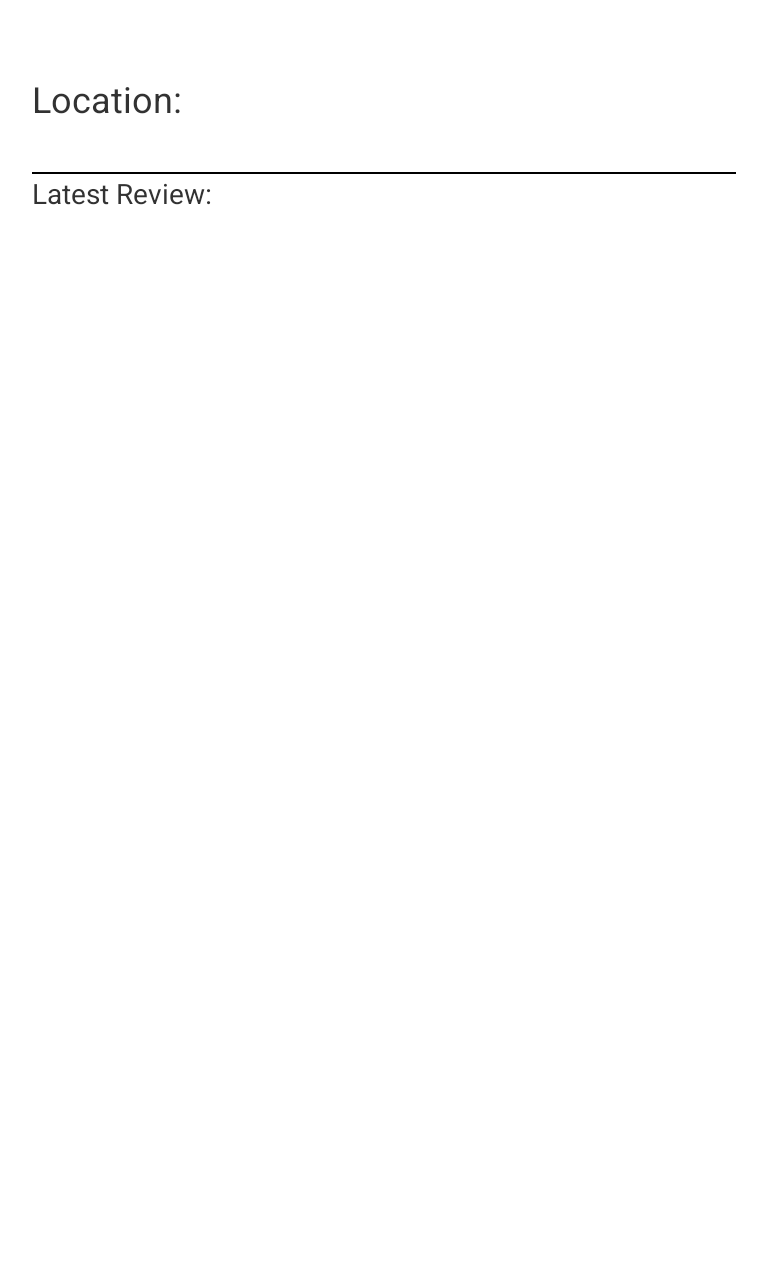
Repository: marymotlagh/Yelp-RBC
Layout: FoodNearYou/res/layout/activity_detail.xml
The author's editor kept a copy of each file at every save. The layout is drawn from the files as they stood at one save, then again after the next save.
It is drawn on a 768 x 1280 px phone screen (xhdpi) without system bars, with theme AppTheme; the app's code is not run.

Above is the layout before, as saved 2016-08-23 00:36:35.

### FoodNearYou/res/layout/activity_detail.xml
<?xml version="1.0" encoding="utf-8"?>
<RelativeLayout xmlns:android="http://schemas.android.com/apk/res/android"
    android:layout_width="match_parent"
    android:layout_height="match_parent"
    android:paddingLeft="16dp"
    android:paddingRight="16dp"
    android:paddingTop="10dp" >

    <ImageView
        android:id="@+id/imgImage"
        android:layout_width="match_parent"
        android:layout_height="wrap_content"
        android:scaleType="centerInside"
        android:contentDescription="@string/imgtext"
        />

    <TextView
        android:id="@+id/txvName"
        android:layout_width="wrap_content"
        android:layout_height="wrap_content"
        android:layout_below="@id/imgImage"
        android:textSize="20sp"
        android:layout_alignParentLeft="true"/>

   <TextView
        android:id="@+id/txvLAddress"
        android:layout_width="wrap_content"
        android:layout_height="wrap_content"
        android:layout_below="@id/txvName"
        android:textSize="18sp"
        android:text="@string/Address"
        android:layout_alignParentLeft="true"/>
	<TextView
        android:id="@+id/txvAddress"
        android:layout_width="wrap_content"
        android:layout_height="wrap_content"
        android:layout_below="@id/txvLAddress"
        android:textSize="18sp"
        android:layout_alignParentLeft="true"/>
	<View
	    android:id="@+id/line"
    android:layout_width="fill_parent"
    android:layout_height="1dip"
    android:layout_below="@id/txvAddress"
    android:background="#000000" />
	<TextView
        android:id="@+id/txvLReview"
        android:layout_width="wrap_content"
        android:layout_height="wrap_content"
        android:layout_below="@id/line"
        android:text="@string/LReview"
        android:layout_alignParentLeft="true"/>

	<TextView
        android:id="@+id/txvReview"
        android:layout_width="wrap_content"
        android:layout_height="wrap_content"
        android:layout_below="@id/txvLReview"
        android:textSize="15sp"
        android:layout_alignParentLeft="true"/>

</RelativeLayout>

### FoodNearYou/res/values/strings.xml
<?xml version="1.0" encoding="utf-8"?>
<resources>

    <string name="app_name">Find Restaurant</string>
    <string name="search">Restuarant Name</string>
    <string name="find">Find</string>
    <string name="action_settings">Settings</string>
    <string name="imgtext">Restaurants Image</string>
    <string name="title_activity_detail">Restaurant Detail</string>
    <string name="LReview">Latest Review:</string>
    <string name="Address">Location:</string>

</resources>

Loaded but not shown: FoodNearYou/res/values/styles.xml (common file); FoodNearYou/res/values-v11/styles.xml (common file); FoodNearYou/res/values-v14/styles.xml (common file)

After the next save:
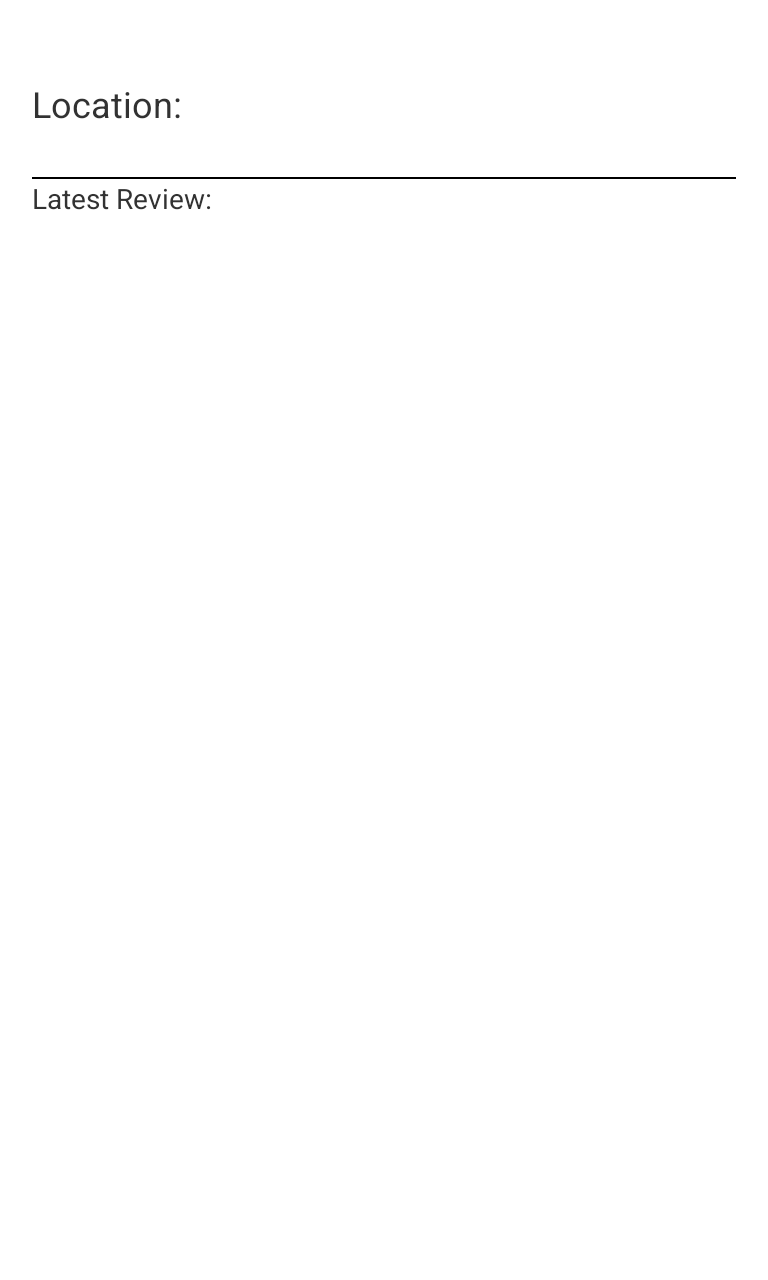
Saved 24 s later.
--- a/FoodNearYou/res/layout/activity_detail.xml
+++ b/FoodNearYou/res/layout/activity_detail.xml
@@ -19,7 +19,7 @@
         android:layout_width="wrap_content"
         android:layout_height="wrap_content"
         android:layout_below="@id/imgImage"
-        android:textSize="20sp"
+        android:textSize="22sp"
         android:layout_alignParentLeft="true"/>
 
    <TextView
